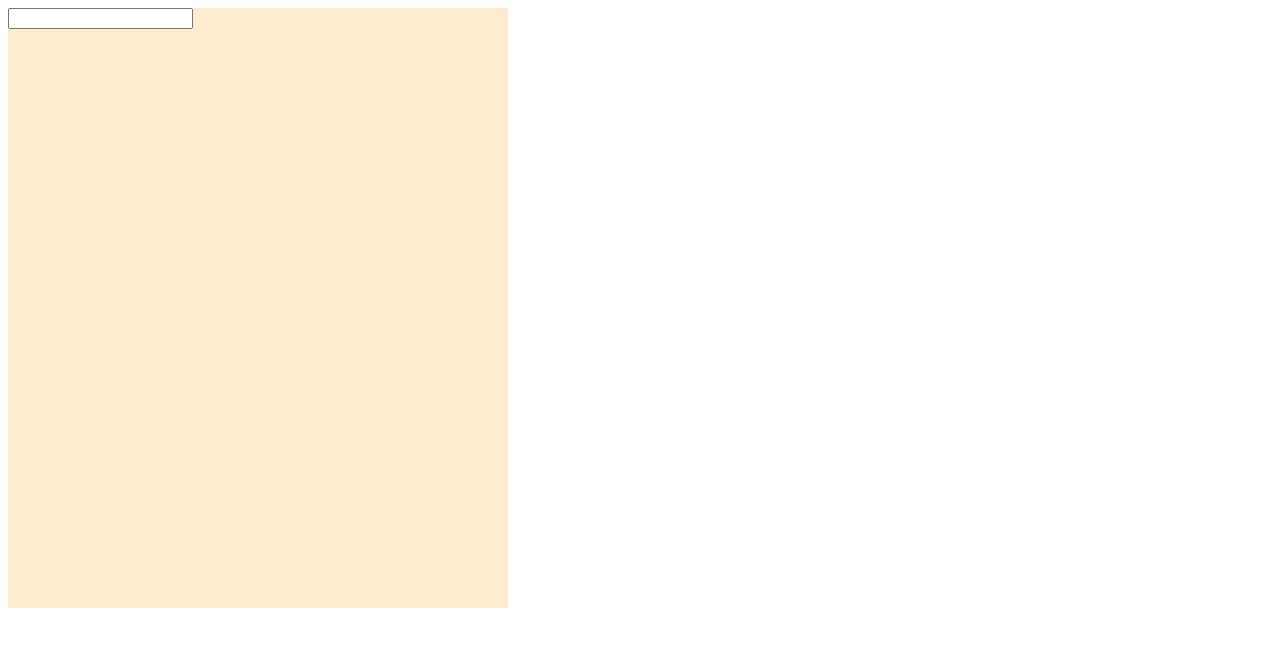
Repository: rumor1993/DreamCoding-Browser101
Page: Chapter05/index.html
An editor plug-in stored every save of this project. The page is shown before and after the next save, followed by the edit.
The browser window is 1280 px wide. The pictures show the whole page.

Above is the page before, as saved 2020-12-30 12:00:07.

### Chapter05/index.html
<!DOCTYPE html>
<html lang="en">
  <head>
    <meta charset="UTF-8" />
    <meta name="viewport" content="width=device-width, initial-scale=1.0" />
    <title>Shoopping List</title>
    <style>
      .shoopping-list {
        position: relative;
        width: 500px;
        height: 600px;
        background-color: blanchedalmond;
      }
      .header {
        position: relative;
      }
    </style>
  </head>
  <body>
    <div class="shoopping-list">
      <div class="header"></div>
      <div class="contents">
        <input type="text" class="" />
      </div>
      <div class="footer"></div>
    </div>
  </body>
</html>

After the next save:
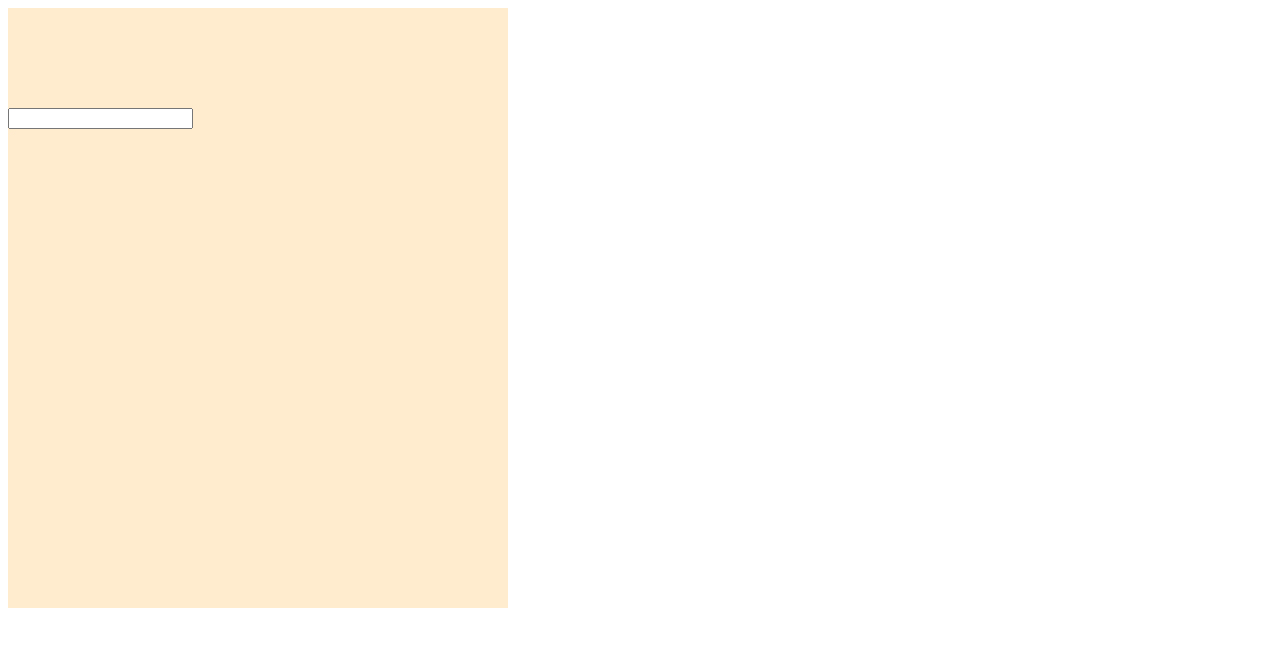
Saved 15 s later.
--- a/Chapter05/index.html
+++ b/Chapter05/index.html
@@ -13,6 +13,8 @@
       }
       .header {
         position: relative;
+        width: 500px;
+        height: 100px;
       }
     </style>
   </head>
